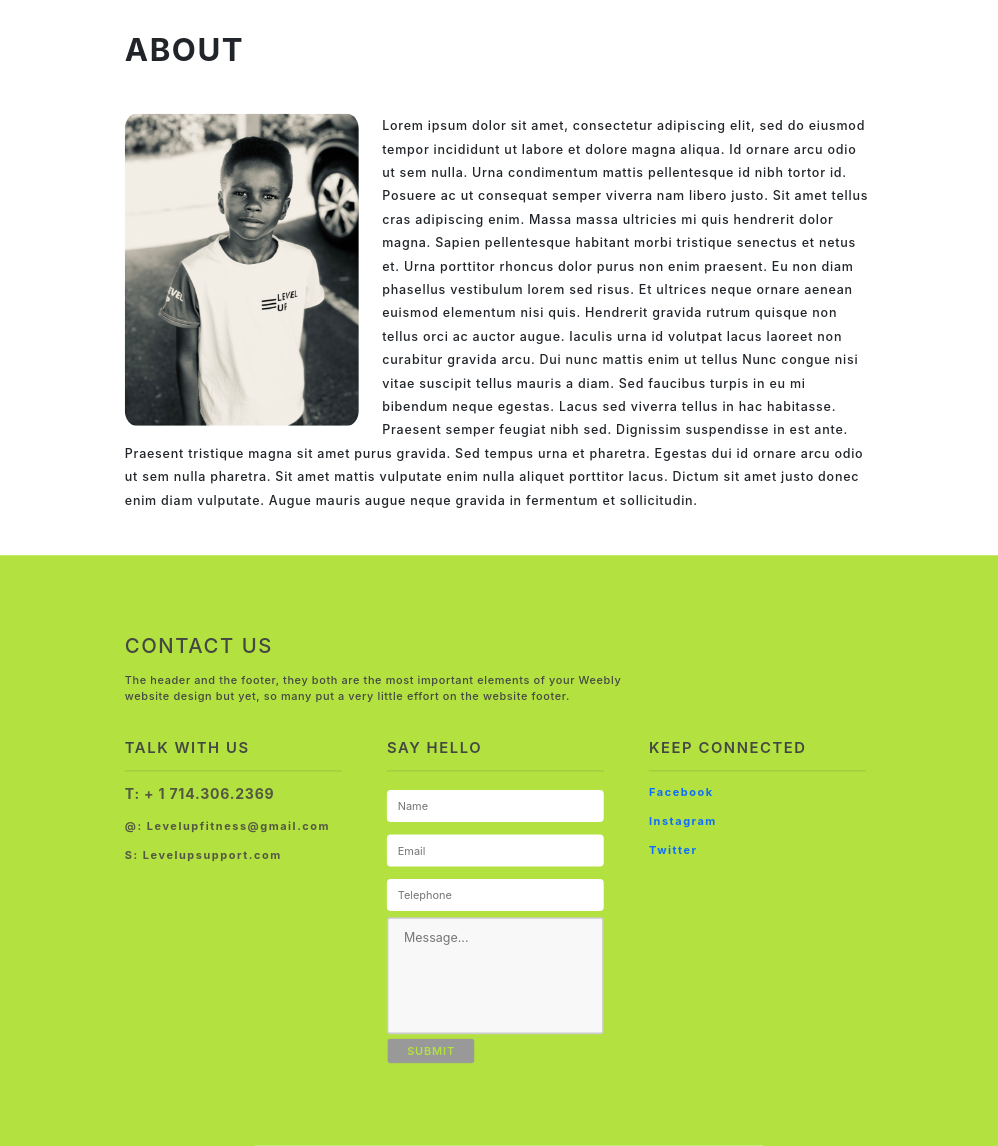
Repository: Bojurie/Level-up
Page: /about (app in client/)
An editor plug-in stored every save of this project. The page is shown before and after the next save, followed by the edit.
The browser window is 1280 px wide. The pictures show the part of the page from y = 346 to 1835 px (the page is 1815 px tall before and 1835 px after), at 78% of full size.
Some web fonts or font styles are not loaded; a fallback is used. Some web libraries are served in a nearby version. The project was rebuilt for these pictures with package versions that can differ from the ones it lists, and the page was loaded fresh each time. Also part of the build but not shown: client/src/components/Carousel.js, client/src/components/HomeVlog.css, client/src/components/HomeVlog.js, client/src/components/homeProducts.css, client/src/components/HomeProducts.js, client/src/components/Card.js, client/src/components/HomeShop.css, client/src/components/HomeShop.js and 10 more. Imported but missing from the stored project, and not drawn on this page: client/src/components/Chart.

Above is the page before, as saved 2022-11-30 04:16:42.

After the next save:
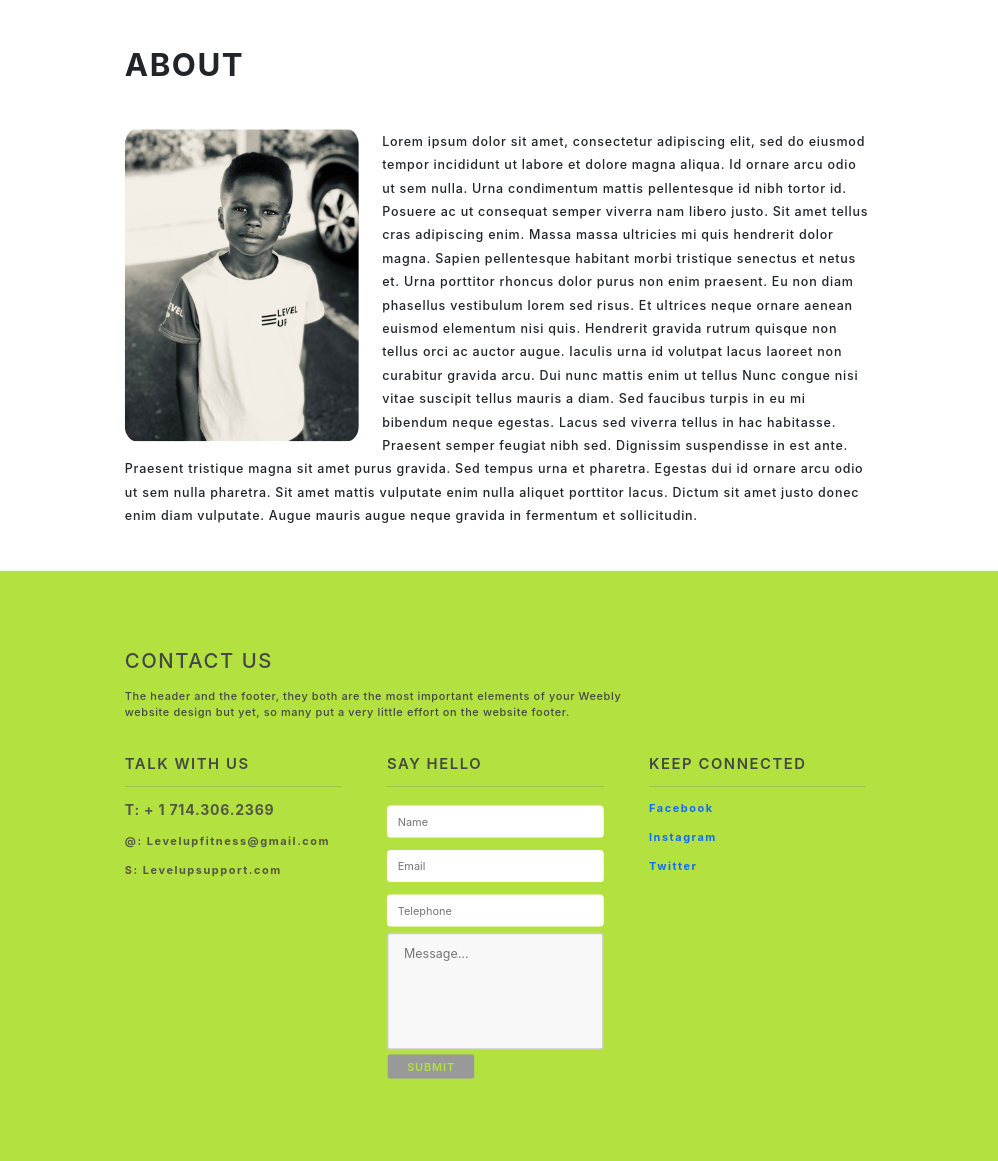
Saved 12 s later.
--- a/client/src/pages/About.css
+++ b/client/src/pages/About.css
@@ -1,7 +1,7 @@
 
 
 .aboutContainer h1 {
-  padding: 0 0 50px 0;
+  padding: 20px 0 50px 0;
   text-transform: uppercase;
   font-weight: bold;
   letter-spacing: 2px;
